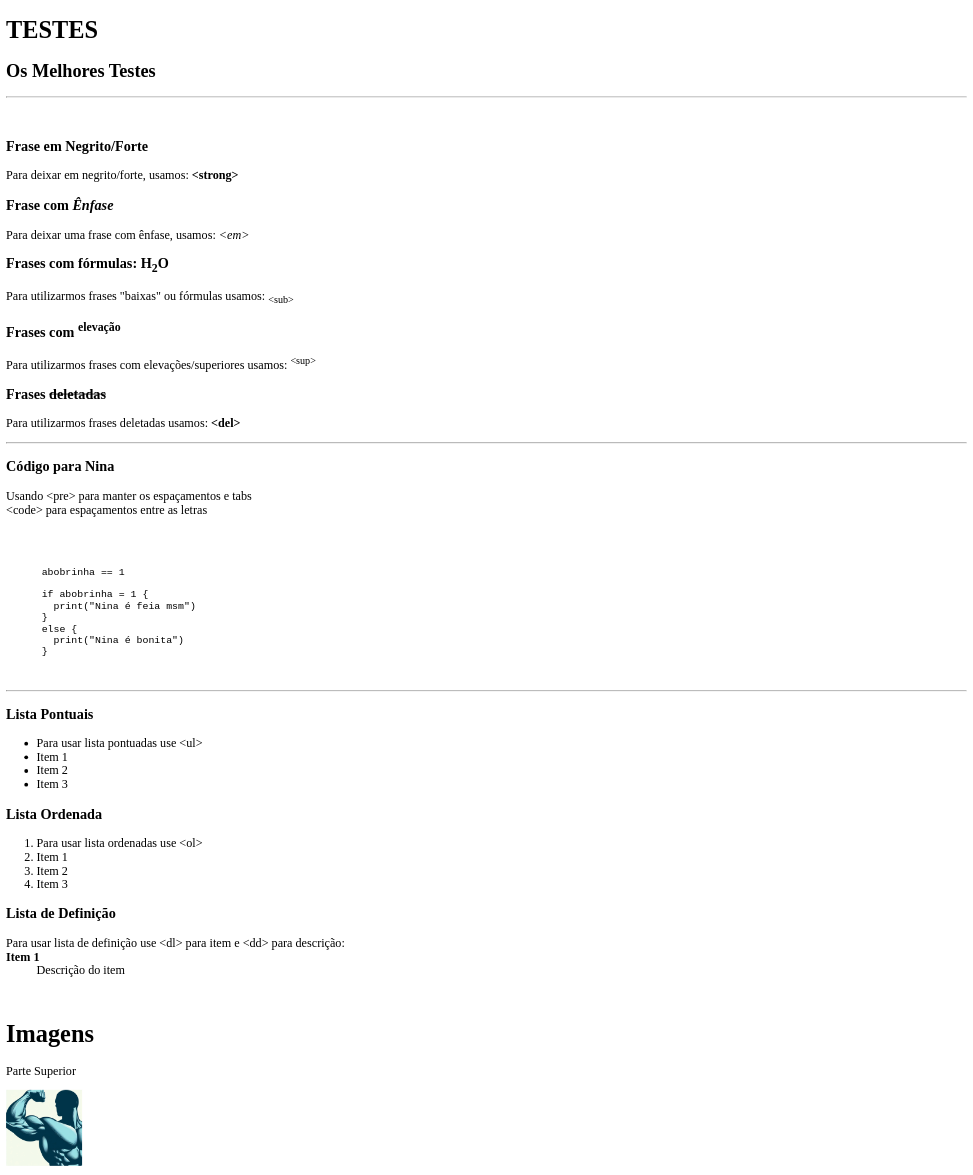
Repository: LuidyOn/Site_Forca_Total
Page: ForçaTotal/teste.html
An editor plug-in stored every save of this project. The page is shown before and after a run of saves, followed by the edit.
The browser window is 1280 px wide. The pictures show the whole page, at 76% of full size.

Above is the page before, as saved 2025-05-15 14:11:14.

### ForçaTotal/teste.html
<!DOCTYPE html>
<html lang="pt-br">
<head>
  <meta charset="UTF-8">
  <meta name="viewport" content="width=device-width, initial-scale=1.0">
  <link rel="shortcut icon" href="img/icons/logo.ico" type="image/x-icon">
  <title>Testes Força total</title>
</head>
<body>
  <h1>TESTES</h1>
  <h2>Os Melhores Testes</h2>

  <hr>

  <p><br></p>

  <h3>Frase em <strong>Negrito/Forte</strong></h3>
  <p>Para deixar em negrito/forte, usamos: <strong>&lt;strong&gt;</strong></p>

  <h3>Frase com <em>Ênfase</em></h3>
  <p>Para deixar uma frase com ênfase, usamos: <em>&lt;em&gt;</em></p>

  <h3>Frases com fórmulas: H<sub>2</sub>O</h3>
  <p>Para utilizarmos frases "baixas" ou fórmulas usamos: <sub>&lt;sub&gt;</sub></p>

  <h3>Frases com <sup>elevação</sup></h3>
  <p>Para utilizarmos frases com elevações/superiores usamos: <sup>&lt;sup&gt;</sup></p>

  <h3>Frases <del>deletadas</del></h3>
  <p>Para utilizarmos frases deletadas usamos: <strong>&lt;del&gt;</strong></p>

  <hr>

  <h3>Código para Nina</h3>
  <p>Usando &lt;pre&gt; para manter os espaçamentos e tabs <br> &lt;code&gt; para espaçamentos entre as letras</p>

  <p><br></p>

  <pre>
    <code>
      abobrinha == 1

      if abobrinha = 1 {
        print("Nina é feia msm")
      }
      else {
        print("Nina é bonita")
      }
    </code>
  </pre>

  <hr>

  <h3>Lista Pontuais</h3>
  <ul>
    <li>Para usar lista pontuadas use &lt;ul&gt;</li>
    <li>Item 1</li>
    <li>Item 2</li>
    <li>Item 3</li>
  </ul>

  <h3>Lista Ordenada</h3>
  <ol>
    <li>Para usar lista ordenadas use &lt;ol&gt;</li>
    <li>Item 1</li>
    <li>Item 2</li>
    <li>Item 3</li>
  </ol>

  <h3>Lista de Definição</h3>
  <dl>
    <dt>Para usar lista de definição use &lt;dl&gt; para item e &lt;dd&gt para descrição:</dt>

    <dt>
      <strong>Item 1</strong>
      <dd>Descrição do item</dd>
    </dl>

  <p><br></p>

  <h1>Imagens</h1>
  <p>Parte Superior</p>
  <img src="img/parteSerior.png" alt="parte superior" style="width: 100px; height: 100px;">
</body>
</html>

After the next 3 saves:
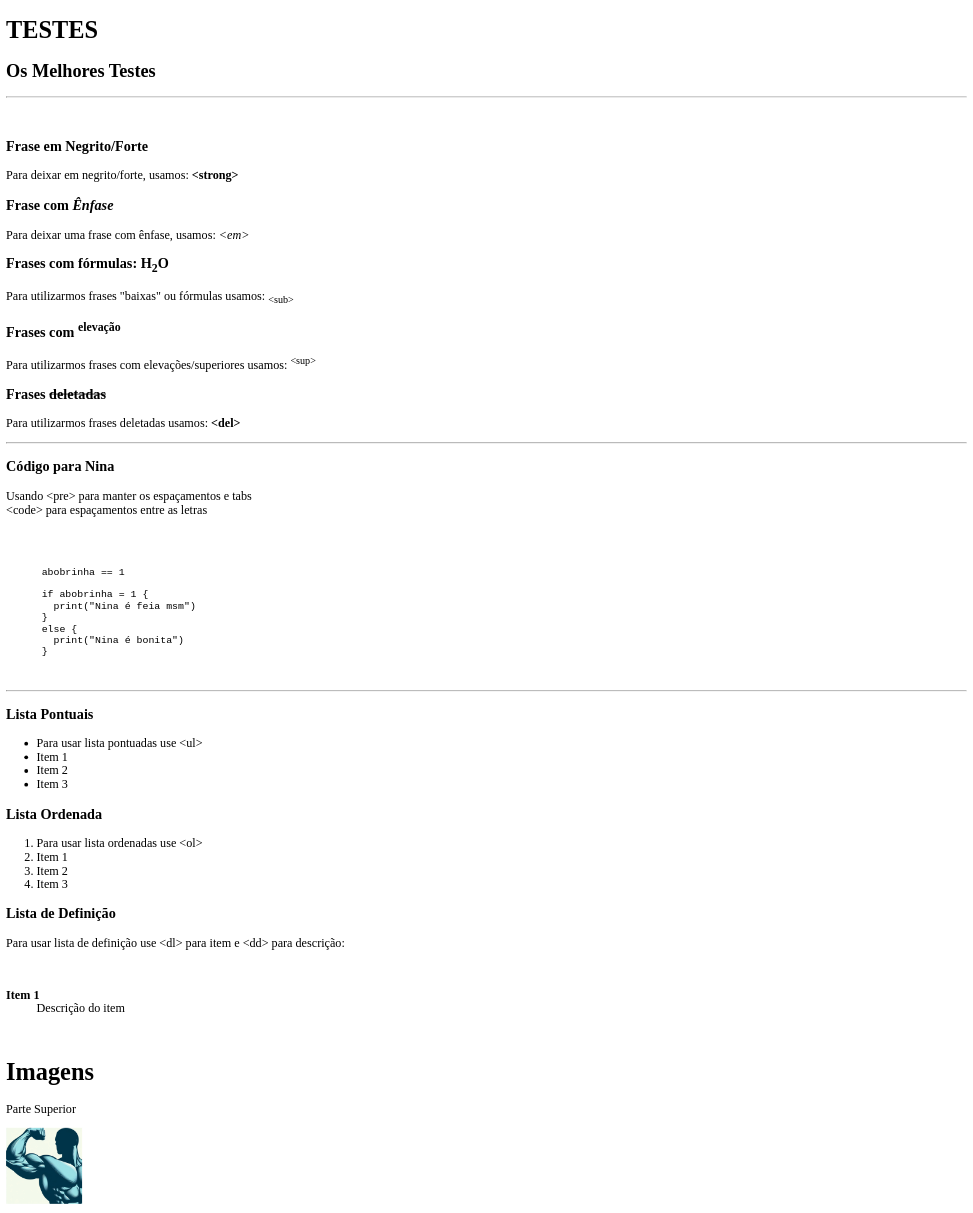
The 3 saves are shown as one change because they came seconds apart.
The last was saved 37 s later.
--- a/ForçaTotal/teste.html
+++ b/ForçaTotal/teste.html
@@ -71,6 +71,10 @@
   <dl>
     <dt>Para usar lista de definição use &lt;dl&gt; para item e &lt;dd&gt para descrição:</dt>
 
+
+
+    <p><br></p>
+
     <dt>
       <strong>Item 1</strong>
       <dd>Descrição do item</dd>
